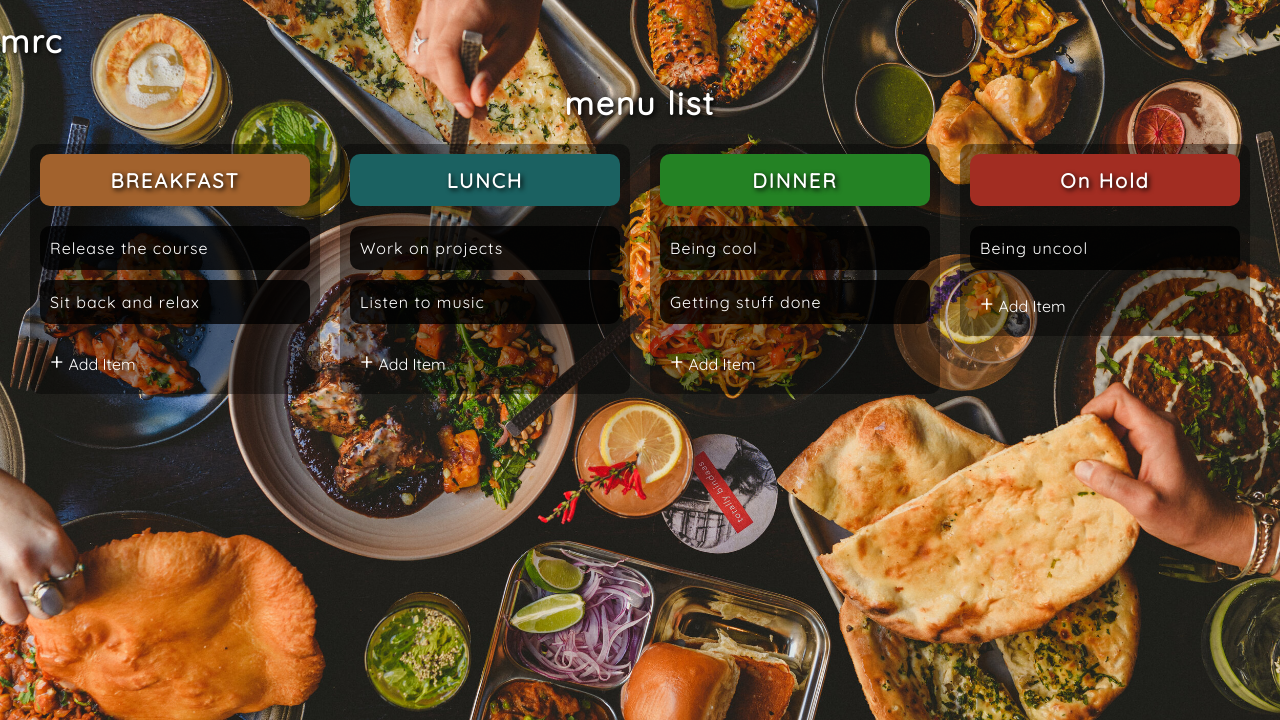
Repository: Anasooya2601/drag-and-drop
Page: index.html
An editor plug-in stored every save of this project. The page is shown before and after the next save, followed by the edit.
The browser window is 1280 px wide. The pictures show the whole page.

Above is the page before, as saved 2021-02-15 18:50:01.

### index.html
<!DOCTYPE html>
<html lang="en">
<head>
    <meta charset="UTF-8">
    <meta name="viewport" content="width=device-width, initial-scale=1.0">
    <title>mrc</title>
    <link rel="icon" type="image/png" href="favicon.png">
    <link rel="stylesheet" href="style.css">
</head>
<body>
    <h1>  <link rel="icon" type="image/png" href="mrc.jpg">mrc</h1>
    <h1 class="main-title">menu list</h1>

    <div class="drag-container">
        <ul class="drag-list">
            <!-- Backlog Column -->
            <li class="drag-column backlog-column">
                <span class="header">
                    <h1>BREAKFAST</h1>
                </span>
                <!-- Backlog Content -->
                <div id="backlog-content" class="custom-scroll">
                    <ul class="drag-item-list" id="backlog-list" ondrop="drop(event)" ondragover="allowDrop(event)" ondragenter="dragEnter(0)"></ul>
                </div>
                <!-- Add Button Group -->
                <div class="add-btn-group">
                    <div class="add-btn" onclick="showInputBox(0)">
                        <span class="plus-sign">+</span>
                        <span>Add Item</span>
                    </div>
                    <div class="add-btn solid" onclick="hideInputBox(0)">
                        <span>Save Item</span>
                    </div>
                </div>
                <div class="add-container">
                    <div class="add-item" contenteditable="true"></div>
                </div>
            </li>
            <!-- Progress Column -->
            <li class="drag-column progress-column">
                <span class="header">
                    <h1>LUNCH</h1>
                </span>
                <!-- Progress Content -->
                <div id="progress-content" class="custom-scroll">
                    <ul class="drag-item-list" id="progress-list" ondrop="drop(event)" ondragover="allowDrop(event)" ondragenter="dragEnter(1)"></ul>
                </div>
                <!-- Add Button Group -->
                <div class="add-btn-group">
                    <div class="add-btn" onclick="showInputBox(1)">
                        <span class="plus-sign">+</span>
                        <span>Add Item</span>
                    </div>
                    <div class="add-btn solid" onclick="hideInputBox(1)">
                        <span>Save Item</span>
                    </div>
                </div>
                <div class="add-container">
                    <div class="add-item" contenteditable="true"></div>
                </div>
            </li>
            <!-- Complete Column -->
            <li class="drag-column complete-column">
                <span class="header">
                    <h1>DINNER</h1>
                </span>
                <!-- Complete Content -->
                <div id="complete-content" class="custom-scroll">
                    <ul class="drag-item-list" id="complete-list" ondrop="drop(event)" ondragover="allowDrop(event)" ondragenter="dragEnter(2)"></ul>
                </div>
                <!-- Add Button Group -->
                <div class="add-btn-group">
                    <div class="add-btn" onclick="showInputBox(2)">
                        <span class="plus-sign">+</span>
                        <span>Add Item</span>
                    </div>
                    <div class="add-btn solid" onclick="hideInputBox(2)">
                        <span>Save Item</span>
                    </div>
                </div>
                <div class="add-container">
                    <div class="add-item" contenteditable="true"></div>
                </div>
            </li>
            <!-- On Hold Column -->
            <li class="drag-column on-hold-column">
                <span class="header">
                    <h1>On Hold</h1>
                </span>
                <!-- On Hold Content -->
                <div id="on-hold-content" class="custom-scroll">
                    <ul class="drag-item-list" id="on-hold-list" ondrop="drop(event)" ondragover="allowDrop(event)" ondragenter="dragEnter(3)"></ul>
                </div>
                <!-- Add Button Group -->
                <div class="add-btn-group">
                    <div class="add-btn" onclick="showInputBox(3)">
                        <span class="plus-sign">+</span>
                        <span>Add Item</span>
                    </div>
                    <div class="add-btn solid" onclick="hideInputBox(3)">
                        <span>Save Item</span>
                    </div>
                </div>
                <div class="add-container">
                    <div class="add-item" contenteditable="true"></div>
                </div>
            </li>
        </ul>
    </div>
    <!-- Script -->
    <script src="script.js"></script>
</body>
</html>

### style.css
/* Trees Image - Pexels: https://www.pexels.com/photo/photo-of-trees-in-forest-3801030/ */
@import url("https://fonts.googleapis.com/css?family=Quicksand&display=swap");

html {
  box-sizing: border-box;
}

:root {
  --column-1: #a2622d;
  --column-2: #1b6161;
  --column-3: #248224;
  --column-4: #a22d22;
}

body {
  margin: 0;
  background: url("./mrc.jpg");
  background-size: cover;
  background-position: 50% 60%;
  background-attachment: fixed;
  color: white;
  font-family: Quicksand, sans-serif;
  overflow-y: hidden;
}

h1 {
  letter-spacing: 2px;
  text-shadow: 2px 2px 5px black;
}

.main-title {
  text-align: center;
  font-size: 3rem;
}

ul {
  list-style-type: none;
  margin: 0;
  padding: 0;
}

.drag-container {
  margin: 20px;
}

.drag-list {
  display: flex;
  align-items: flex-start;
}

/* Columns */
.drag-column {
flex: 1;
  margin: 0 10px;
  position: relative;
  background-color: rgba(0, 0, 0, 0.4);
  border-radius: 10px;
  overflow-x: hidden;
}

.backlog-column .header,
.backlog-column .solid,
.backlog-column .solid:hover,
.backlog-column .over {
  background-color: var(--column-1);
}

.progress-column .header,
.progress-column .solid,
.progress-column .solid:hover,
.progress-column .over {
  background-color: var(--column-2);
}

.complete-column .header,
.complete-column .solid,
.complete-column .solid:hover,
.complete-column .over {
  background-color: var(--column-3);
}

.on-hold-column .header,
.on-hold-column .solid,
.on-hold-column .solid:hover,
.on-hold-column .over {
  background-color: var(--column-4);
}

/* Custom Scrollbar */
.custom-scroll {
  overflow-y: auto;
  max-height: 75vh;
}

.custom-scroll::-webkit-scrollbar-track {
  box-shadow: inset 0 0 6px rgba(0, 0, 0, 0.4);
  border-radius: 10px;
  background-color: rgba(255, 255, 255, 0.3);
  margin-right: 5px;
}

.custom-scroll::-webkit-scrollbar {
  width: 10px;
}

.custom-scroll::-webkit-scrollbar-thumb {
  border-radius: 10px;
  box-shadow: inset 0 0 6px rgba(0, 0, 0, 0.3);
  background-color: rgba(0, 0, 0, 0.8);
}

.header {
  display: flex;
  justify-content: center;
  border-radius: 10px;
  margin: 10px;
}

.header h1 {
  font-size: 1.25rem;
}

/* Drag and Drop */
.over {
  padding: 50px 10px;
}

.drag-item-list {
  min-height: 50px;
}

.drag-item {
  margin: 10px;
  padding: 10px;
  height: fit-content;
  background-color: rgba(0, 0, 0, 0.8);
  border-radius: 10px;
  line-height: 1.5rem;
  letter-spacing: 1px;
  cursor: pointer;
}

.drag-item:focus {
  outline: none;
  background-color: white;
  color: black;
}

/* Add Button Group */
.add-btn-group {
  display: flex;
  justify-content: space-between;
}

.add-btn {
  margin: 10px;
  padding: 5px 10px;
  display: flex;
  align-items: center;
  cursor: pointer;
  width: fit-content;
  border-radius: 5px;
  transition: all 0.3s ease-in;
  user-select: none;
}

.add-btn:hover {
  background-color: rgba(255, 255, 255, 0.9);
  color: black;
}

.add-btn:active {
  transform: scale(0.97);
}

.solid {
  display: none;
}

.solid:hover {
  transition: unset;
  filter: brightness(95%);
  color: white;
}

.plus-sign {
  font-size: 1.5rem;
  margin-right: 5px;
  position: relative;
  top: -3px;
}

.add-container {
  margin: 10px;
  padding: 5px 10px;
  border-radius: 10px;
  background-color: rgba(255, 255, 255, 0.9);
  min-height: 100px;
  display: none;
}

.add-item {
  width: 100%;
  min-height: 100px;
  height: auto;
  background-color: white;
  border-radius: 10px;
  margin: 5px auto;
  resize: none;
  color: black;
  padding: 10px;
}

.add-item:focus {
  outline: none;
}

/* Media Query: Laptop */
@media screen and (max-width: 1800px) {
  .main-title {
    font-size: 2rem;
  }
}

/* Media Query: Large Smartphone (Vertical) */
@media screen and (max-width: 600px) {
  body {
    overflow-y: auto;
  }

  .drag-container {
    margin: 0;
  }

  .drag-list {
    display: block;
  }

  .drag-column {
    margin: 10px;
  }
}

.footer {
  position: fixed;
  left: 0;
  bottom: 0;
  width: 100%;
  height: 10%;
  background-color: black;
  color: white;
  position: flex;
  text-align: center;
}

### script.js
const addBtns = document.querySelectorAll('.add-btn:not(.solid)');
const saveItemBtns = document.querySelectorAll('.solid');
const addItemContainers = document.querySelectorAll('.add-container');
const addItems = document.querySelectorAll('.add-item');
// Item Lists
const listColumns = document.querySelectorAll('.drag-item-list');
const backlogListEl = document.getElementById('backlog-list');
const progressListEl = document.getElementById('progress-list');
const completeListEl = document.getElementById('complete-list');
const onHoldListEl = document.getElementById('on-hold-list');

// Items
let updatedOnLoad = false;

// Initialize Arrays
let backlogListArray = [];
let progressListArray = [];
let completeListArray = [];
let onHoldListArray = [];
let listArrays = [];

// Drag Functionality
let draggedItem;
let dragging = false;
let currentColumn;

// Get Arrays from localStorage if available, set default values if not
function getSavedColumns() {
  if (localStorage.getItem('backlogItems')) {
    backlogListArray = JSON.parse(localStorage.backlogItems);
    progressListArray = JSON.parse(localStorage.progressItems);
    completeListArray = JSON.parse(localStorage.completeItems);
    onHoldListArray = JSON.parse(localStorage.onHoldItems);
  } else {
    backlogListArray = ['Release the course', 'Sit back and relax'];
    progressListArray = ['Work on projects', 'Listen to music'];
    completeListArray = ['Being cool', 'Getting stuff done'];
    onHoldListArray = ['Being uncool'];
  }
}

// Set localStorage Arrays
function updateSavedColumns() {
  listArrays = [backlogListArray, progressListArray, completeListArray, onHoldListArray];
  const arrayNames = ['backlog', 'progress', 'complete', 'onHold'];
  arrayNames.forEach((arrayName, index) => {
    localStorage.setItem(`${arrayName}Items`, JSON.stringify(listArrays[index]));
  });
}

// Filter Array to remove empty values
function filterArray(array) {
  const filteredArray = array.filter(item => item !== null);
  return filteredArray;
}

// Create DOM Elements for each list item
function createItemEl(columnEl, column, item, index) {
  // List Item
  const listEl = document.createElement('li');
  listEl.textContent = item;
  listEl.id = index;
  listEl.classList.add('drag-item');
  listEl.draggable = true;
  listEl.setAttribute('onfocusout', `updateItem(${index}, ${column})`);
  listEl.setAttribute('ondragstart', 'drag(event)');
  listEl.contentEditable = true;
  // Append
  columnEl.appendChild(listEl);
}

// Update Columns in DOM - Reset HTML, Filter Array, Update localStorage
function updateDOM() {
  // Check localStorage once
  if (!updatedOnLoad) {
    getSavedColumns();
  }
  // Backlog Column
  backlogListEl.textContent = '';
  backlogListArray.forEach((backlogItem, index) => {
    createItemEl(backlogListEl, 0, backlogItem, index);
  });
  backlogListArray = filterArray(backlogListArray);
  // Progress Column
  progressListEl.textContent = '';
  progressListArray.forEach((progressItem, index) => {
    createItemEl(progressListEl, 1, progressItem, index);
  });
  progressListArray = filterArray(progressListArray);
  // Complete Column
  completeListEl.textContent = '';
  completeListArray.forEach((completeItem, index) => {
    createItemEl(completeListEl, 2, completeItem, index);
  });
  completeListArray = filterArray(completeListArray);
  // On Hold Column
  onHoldListEl.textContent = '';
  onHoldListArray.forEach((onHoldItem, index) => {
    createItemEl(onHoldListEl, 3, onHoldItem, index);
  });
  onHoldListArray = filterArray(onHoldListArray);
  // Don't run more than once, Update Local Storage
  updatedOnLoad = true;
  updateSavedColumns();
}

// Update Item - Delete if necessary, or update Array value
function updateItem(id, column) {
  const selectedArray = listArrays[column];
  const selectedColumn = listColumns[column].children;
  if (!dragging) {
    if (!selectedColumn[id].textContent) {
      delete selectedArray[id];
    } else {
      selectedArray[id] = selectedColumn[id].textContent;
    }
    updateDOM();
  }
}

// Add to Column List, Reset Textbox
function addToColumn(column) {
  const itemText = addItems[column].textContent;
  const selectedArray = listArrays[column];
  selectedArray.push(itemText);
  addItems[column].textContent = '';
  updateDOM(column);
}

// Show Add Item Input Box
function showInputBox(column) {
  addBtns[column].style.visibility = 'hidden';
  saveItemBtns[column].style.display = 'flex';
  addItemContainers[column].style.display = 'flex';
}

// Hide Item Input Box
function hideInputBox(column) {
  addBtns[column].style.visibility = 'visible';
  saveItemBtns[column].style.display = 'none';
  addItemContainers[column].style.display = 'none';
  addToColumn(column);
}

// Allows arrays to reflect Drag and Drop items
function rebuildArrays() {
  backlogListArray = [];
  for (let i = 0; i < backlogListEl.children.length; i++) {
    backlogListArray.push(backlogListEl.children[i].textContent);
  }
  progressListArray = [];
  for (let i = 0; i < progressListEl.children.length; i++) {
    progressListArray.push(progressListEl.children[i].textContent);
  }
  completeListArray = [];
  for (let i = 0; i < completeListEl.children.length; i++) {
    completeListArray.push(completeListEl.children[i].textContent);
  }
  onHoldListArray = [];
  for (let i = 0; i < onHoldListEl.children.length; i++) {
    onHoldListArray.push(onHoldListEl.children[i].textContent);
  }
  updateDOM();
}

// When Item Enters Column Area
function dragEnter(column) {
  listColumns[column].classList.add('over');
  currentColumn = column;
}

// When Item Starts Dragging
function drag(e) {
  draggedItem = e.target;
  dragging = true;
}

// Column Allows for Item to Drop
function allowDrop(e) {
  e.preventDefault();
}

// Dropping Item in Column
function drop(e) {
  e.preventDefault();
  const parent = listColumns[currentColumn];
  // Remove Background Color/Padding
  listColumns.forEach((column) => {
    column.classList.remove('over');
  });
  // Add item to Column
  parent.appendChild(draggedItem);
  // Dragging complete
  dragging = false;
  rebuildArrays();
}

// On Load
updateDOM();

After the next save:
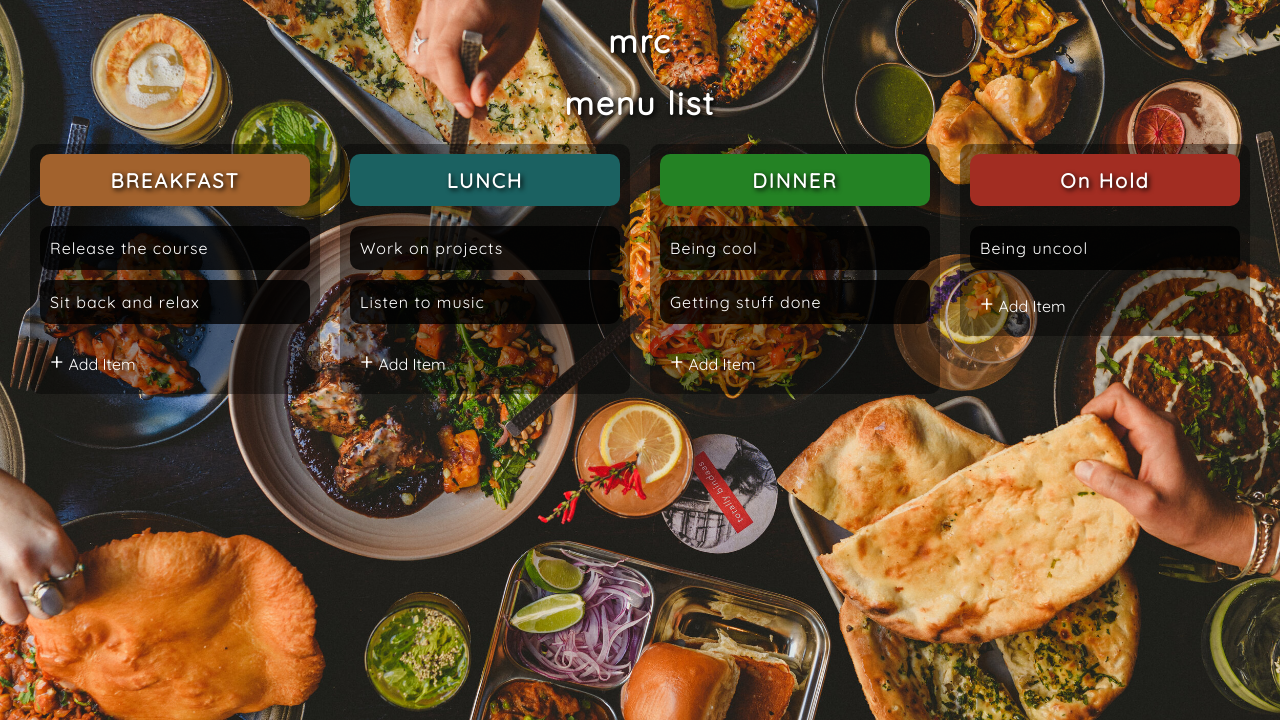
Saved 10 s later.
--- a/index.html
+++ b/index.html
@@ -8,7 +8,7 @@
     <link rel="stylesheet" href="style.css">
 </head>
 <body>
-    <h1>  <link rel="icon" type="image/png" href="mrc.jpg">mrc</h1>
+    <h1 class="main-title">  <link rel="icon" type="image/png" href="mrc.jpg">mrc</h1>
     <h1 class="main-title">menu list</h1>
 
     <div class="drag-container">
